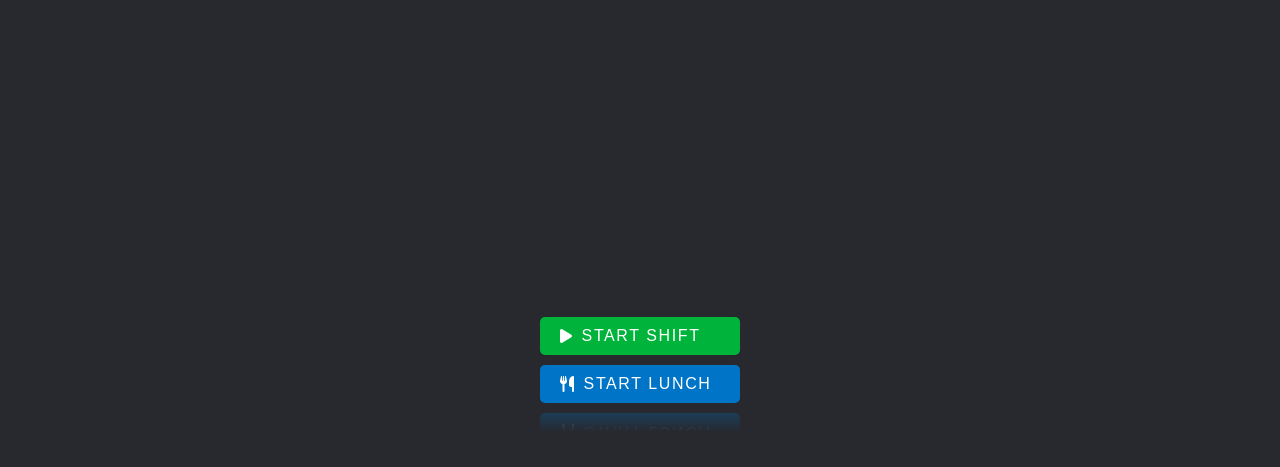
Repository: Philip-Rogers/button-state
Page: experiment.html
The author's editor kept a copy of each file at every save. The page is drawn from the files as they stood at one save, then again after the next save.
The browser window is 1280 px wide. The pictures show the whole page.

Above is the page before, as saved 2024-08-14 14:57:30.

After the next save:
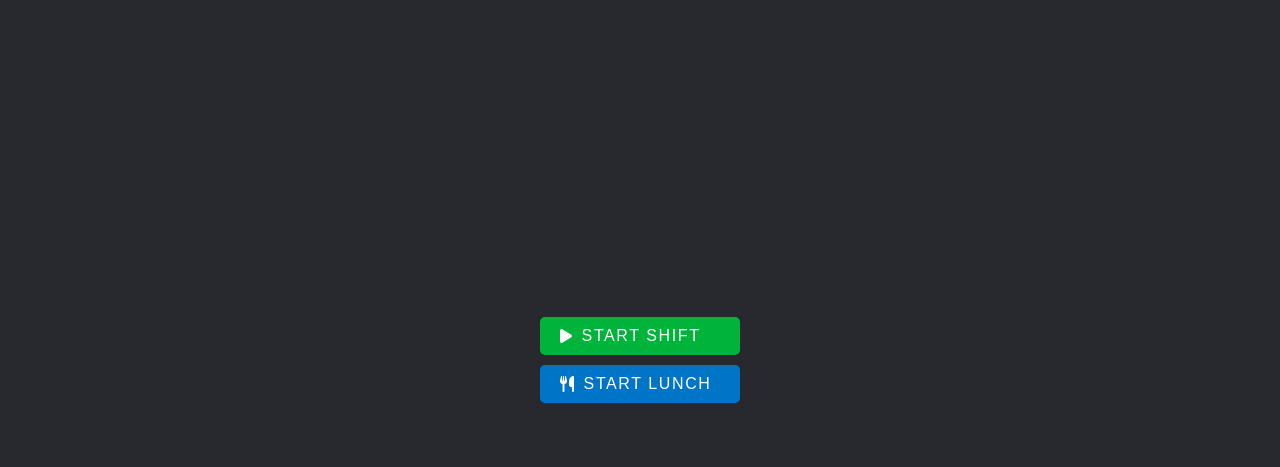
Saved 2 min 5 s later.
--- a/index.css
+++ b/index.css
@@ -23,7 +23,7 @@ button {
     text-transform: uppercase;
     letter-spacing: 0.1em;
     transition: all .2s ease-in-out;
-    -webkit-box-reflect: below 10px linear-gradient(transparent, transparent, #0004);
+    /* -webkit-box-reflect: below 10px linear-gradient(transparent, transparent, #0004); */
 }
 
 
